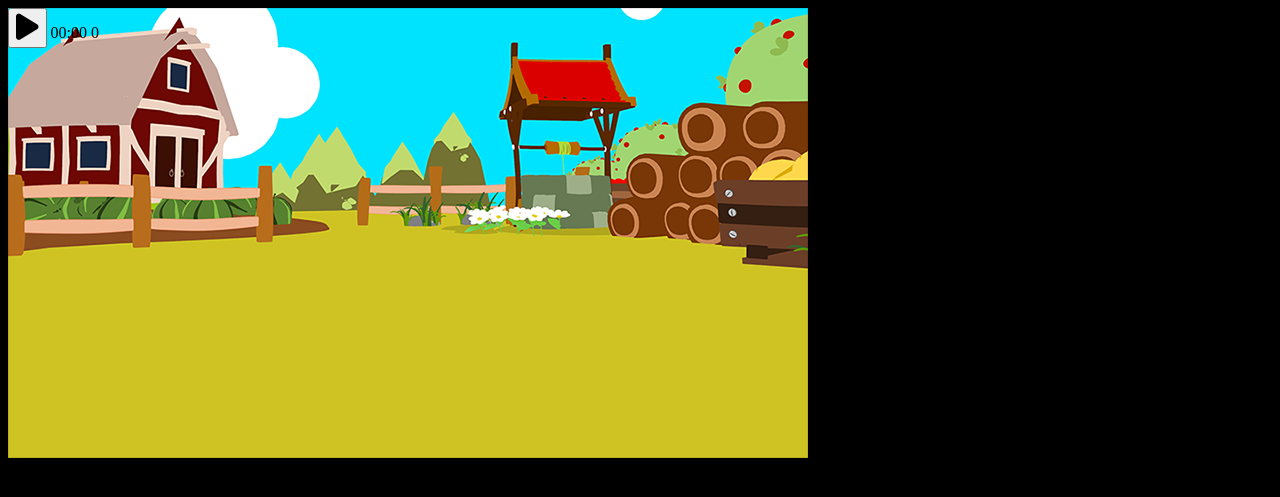
Repository: rladpwl0512/dreamcoding_browser101
Page: (7) catch-carrot-game/catch carrot/index.html
An editor plug-in stored every save of this project. The page is shown before and after the next save, followed by the edit.
The browser window is 1280 px wide. The pictures show the whole page.
Some web libraries are served in a nearby version.

Above is the page before, as saved 2021-10-06 19:22:09.

After the next save:
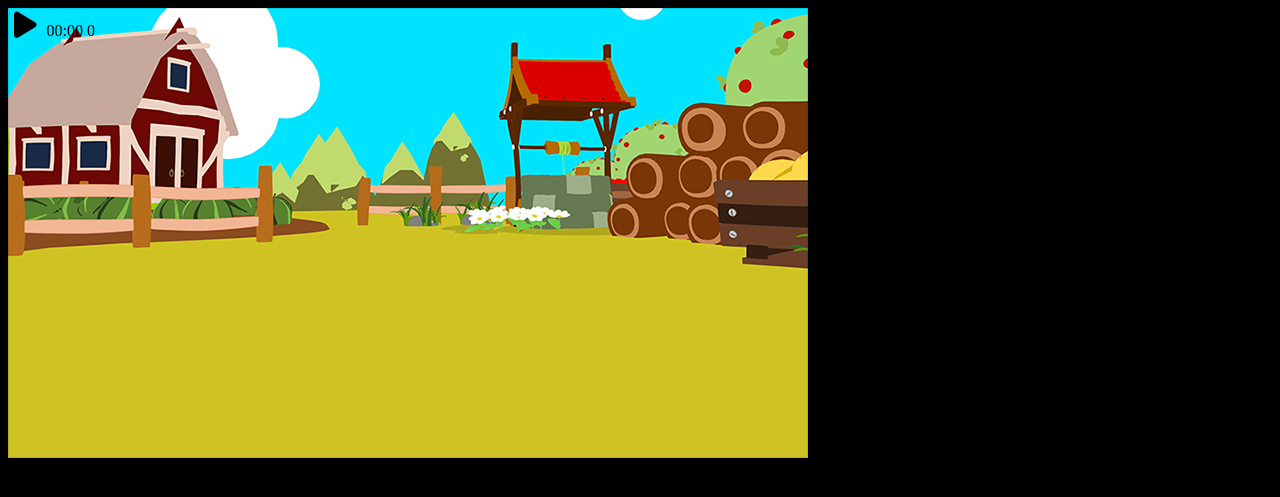
Saved 53 s later.
--- a/(7) catch-carrot-game/catch carrot/style.css
+++ b/(7) catch-carrot-game/catch carrot/style.css
@@ -2,6 +2,13 @@
 
 body {
   background-color: black;
+}
+
+button {
+  background: transparent;
+  box-shadow: 0px 0px 0px transparent;
+  border: 0px solid transparent;
+  text-shadow: 0px 0px 0px transparent;
 }
 
 .background {
